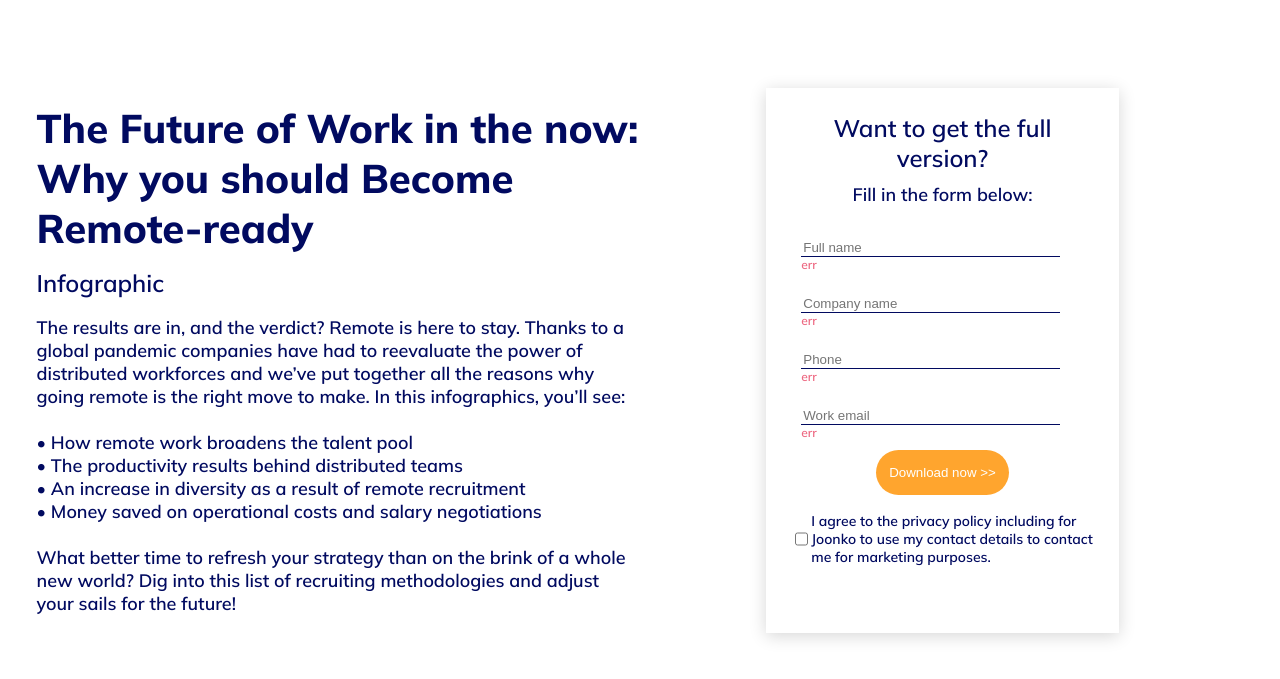
Repository: zivmorad/joonko-form
Page: /
An editor plug-in stored every save of this project. The page is shown before and after the next save, followed by the edit.
The browser window is 1280 px wide. The pictures show the whole page.
The project was rebuilt for these pictures with package versions that can differ from the ones it lists, and the page was loaded fresh each time.

Above is the page before, as saved 2021-08-03 11:41:56.

After the next save:
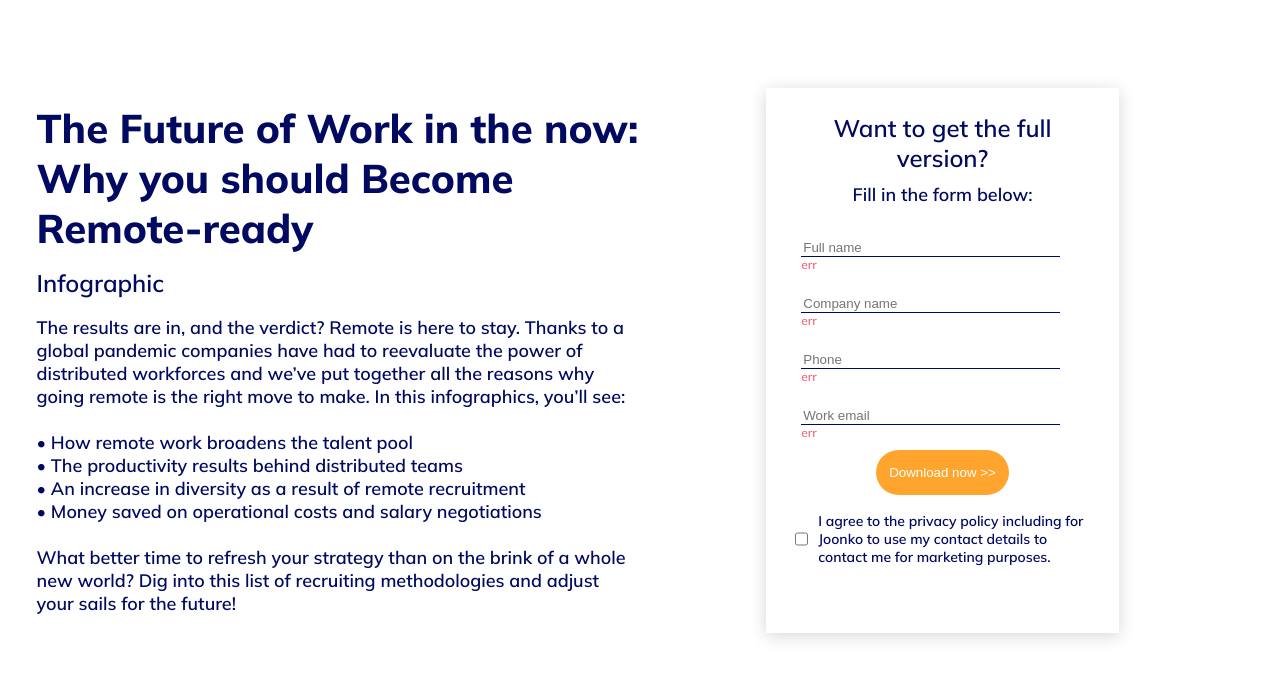
Saved 19 s later.
--- a/src/App.scss
+++ b/src/App.scss
@@ -110,7 +110,7 @@ body {
 						margin: 17px 0px;
 						font-size: 14px;
 						text-align: left;
-						.checkbox {
+						.checkbox-input {
 							margin-right: 10px;
 						}
 					}
